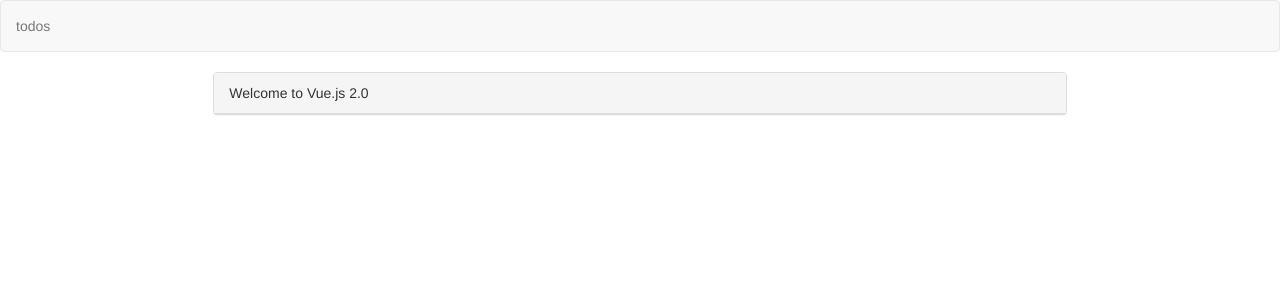
Repository: myr1111/todo
Page: Todoapp/index.html
The author's editor kept a copy of each file at every save. The page is drawn from the files as they stood at one save, then again after a run of saves.
The browser window is 1280 px wide. The pictures show the whole page.

Above is the page before, as saved 2019-04-01 08:08:30.

After the next 5 saves:
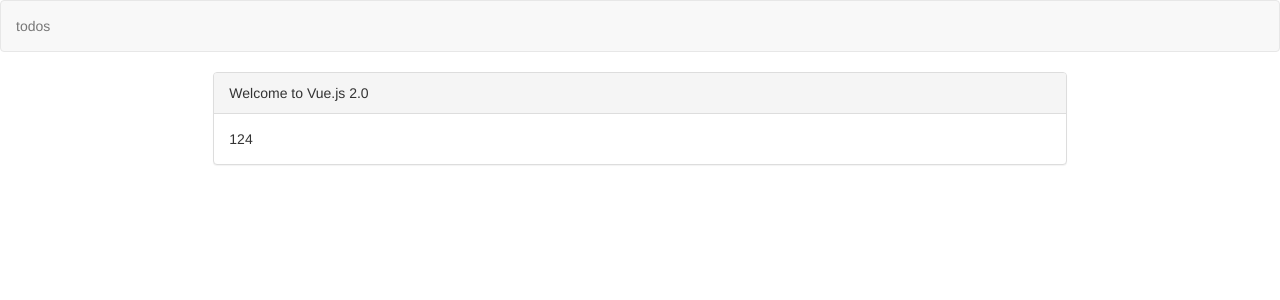
The 5 saves are shown as one change because they came seconds apart.
The last was saved 35 s later.
--- a/Todoapp/index.html
+++ b/Todoapp/index.html
@@ -16,6 +16,9 @@
         <div class="row">
             <div class="panel panel-default">
                 <div class=" panel-heading">Welcome to Vue.js 2.0</div>
+                <div class="panel-body">
+                    124
+                </div>
             </div>
         </div>
     </div>
